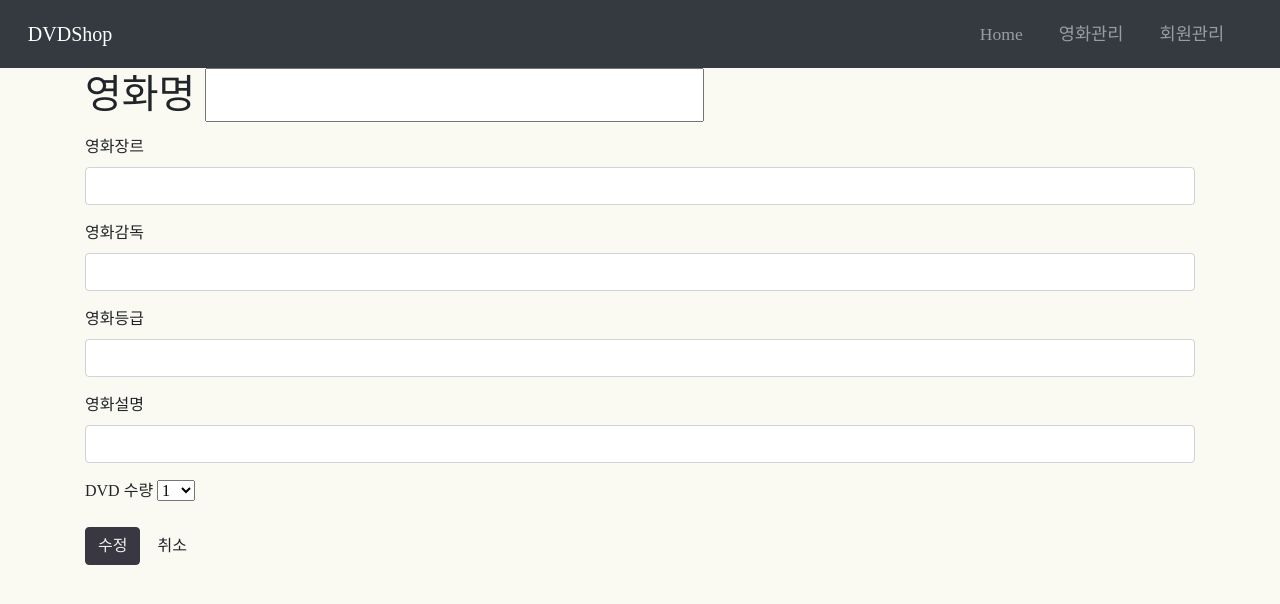
Repository: afterup/dvdshop
Page: http://localhost/shop_project/view/manager/admin_insert.jsp
These files come from the project's save history. The page is drawn as it stood at one moment and after the next save; the edit follows.
The browser window is 1280 px wide. The pictures show the whole page.
The page is served by Tomcat 9. Other server files are loaded and not shown.

Above is the page before, as saved 2019-08-14 10:36:41.

### shop_project/WebContent/view/manager/admin_insert.jsp
<%@ page language="java" contentType="text/html; charset=UTF-8"
	pageEncoding="UTF-8"%>
<%@taglib uri="http://java.sun.com/jsp/jstl/core" prefix="c"%>
<!DOCTYPE html>
<html>

<head>
<meta charset="UTF-8">
<meta name="viewport" content="width=device-width, initial-scale=1.0">
<meta http-equiv="X-UA-Compatible" content="ie=edge">
<title>Document</title>
<link rel="stylesheet"
	href="https://stackpath.bootstrapcdn.com/bootstrap/4.3.1/css/bootstrap.min.css"
	integrity="sha384-ggOyR0iXCbMQv3Xipma34MD+dH/1fQ784/j6cY/iJTQUOhcWr7x9JvoRxT2MZw1T"
	crossorigin="anonymous">
<link rel="stylesheet" href="./css/style.css">
<link rel="stylesheet"
	href="https://maxcdn.bootstrapcdn.com/font-awesome/4.7.0/css/font-awesome.min.css">
</head>

<body id="adminPage">

	<!-- Navigation -->
	<%@ include file="/view/manager/adminHeader.jsp" %>

	<!--  UPDATE -->
	<div class="container">

		<form action="admin?action=insertAction" method="POST" name="frm">
			<h1>
				<label for="movienm">영화명</label>
					<input type="text" name="movienm"">

			</h1>
			<div class="form-group">
				<label for="genrenm">영화장르</label> <input type="text"
					 class="form-control" name="genrenm">
			</div>
			<div class="form-group">
				<label for="supervison">영화감독</label> <input type="text"
					 class="form-control" name="supervison">
			</div>
			<div class="form-group">
				<label for="watchgradenm">영화등급</label> <input type="text"
					class="form-control"
					name="watchgradenm">
			</div>
			<div class="form-group">
				<label for="moviedesc">영화설명</label> <input type="text"
					class="form-control" name="moviedesc">
			</div>
			<div class="form-group">
				<label for="dvdamount">DVD 수량</label> <select name="dvdamount">
					<c:forEach begin="1" end="20" var="i">
						<option>${i}</option>
					</c:forEach>
				</select>
			</div>
			<button type="button" onclick="validateCheck()" class="btn btn-info">수정</button>
			<button type="button" onclick="history.back()" class="btn">취소</button>
		</form>
	</div>

	<script src="./js/movieCheck.js"></script>

	<script src="https://code.jquery.com/jquery-3.3.1.slim.min.js"
		integrity="sha384-q8i/X+965DzO0rT7abK41JStQIAqVgRVzpbzo5smXKp4YfRvH+8abtTE1Pi6jizo"
		crossorigin="anonymous">

	</script>
	<script
		src="https://cdnjs.cloudflare.com/ajax/libs/popper.js/1.14.7/umd/popper.min.js"
		integrity="sha384-UO2eT0CpHqdSJQ6hJty5KVphtPhzWj9WO1clHTMGa3JDZwrnQq4sF86dIHNDz0W1"
		crossorigin="anonymous">

	</script>
	<script
		src="https://stackpath.bootstrapcdn.com/bootstrap/4.3.1/js/bootstrap.min.js"
		integrity="sha384-JjSmVgyd0p3pXB1rRibZUAYoIIy6OrQ6VrjIEaFf/nJGzIxFDsf4x0xIM+B07jRM"
		crossorigin="anonymous">

	</script>
</body>


</html>

### shop_project/WebContent/view/manager/adminHeader.jsp
<%@ page language="java" contentType="text/html; charset=UTF-8"
    pageEncoding="UTF-8"%>
<!DOCTYPE html>
<html>
<head>
<meta charset="UTF-8">
<title>Insert title here</title>
</head>
<body>
	<nav class="navbar navbar-expand-md navbar-dark bg-dark sticky-top">
		<div class="container-fluid">
			<a href="movie" class="navbar-brand">DVDShop</a>
			<button class="navbar-toggler" type="button" data-toggle="collapse"
				data-target="#navbarResponsive">
				<span class="navbar-toggler-icon"></span>
			</button>
			<div class="collapse navbar-collapse" id="navbarResponsive">
				<ul class="navbar-nav ml-auto">
					<li class="nav-item"><a class="nav-link" href="movie">Home</a></li>
					<li class="nav-item"><a class="nav-link" href="admin">영화관리</a></li>
					<li class="nav-item"><a class="nav-link"
						href="admin?action=user">회원관리</a></li>
				</ul>
			</div>
		</div>
	</nav>


</body>
</html>

### shop_project/WebContent/css/style.css
html,
body {
    height: 100%;
    width: 100%;
    font-family: "sans-serif";
}

img {
    width: 100%;
}

#adminPage {
    background-color: rgb(250, 249, 242);
}

.navbar {
    padding: .8rem;
}

.navbar-nav li {
    padding-right: 20px;
}

.nav-link {
    font-size: 1.1em !important;
}

.carousel-inner img {
    width: 100%;
    height: 100%;
}

.btn-info {
    background-color: rgb(57, 55, 66);
    color: rgb(240, 240, 240);
    border-color: rgb(57, 55, 66);
}

.jumbotron {
    padding: 1rem;
}

.padding {
    padding-bottom: 2rem;
}

footer {
    background-color: #3f3f3f;
    color: #d5d5d5;
    padding: 2rem;
}

hr.light {
    border-top: 1px solid #d5d5d5;
    width: 75%;
}

### shop_project/WebContent/js/movieCheck.js

function validateCheck(){
    	 var f = document.frm;//f== 폼 엘리먼트 객체

    	if(f.movienm.value==""){
        		alert('아이디를 입력해주세요.');
        		f.movienm.focus();
        		return;

    	}else if(f.genrenm.value==""){
    		alert('장르를 입력해주세요.');
    		f.genrenm.focus();
    		return;

    	}else if(f.supervison.value==""){
    		alert('감독명을 입력해주세요.');
    		f.supervison.focus();
    		return;

		}else if(f.watchgradenm.value == ""){
			alert('등급을 입력해주세요.');
			f.watchgradenm.focus();
			return;
		}else if(f.moviedesc.value == ""){
			alert('설명을 입력해주세요.');
			f.moviedesc.focus();
			return;
    	}else{
    		alert('수정 완료');
    		f.submit();
    	}
      }//validateCheck()

After the next save:
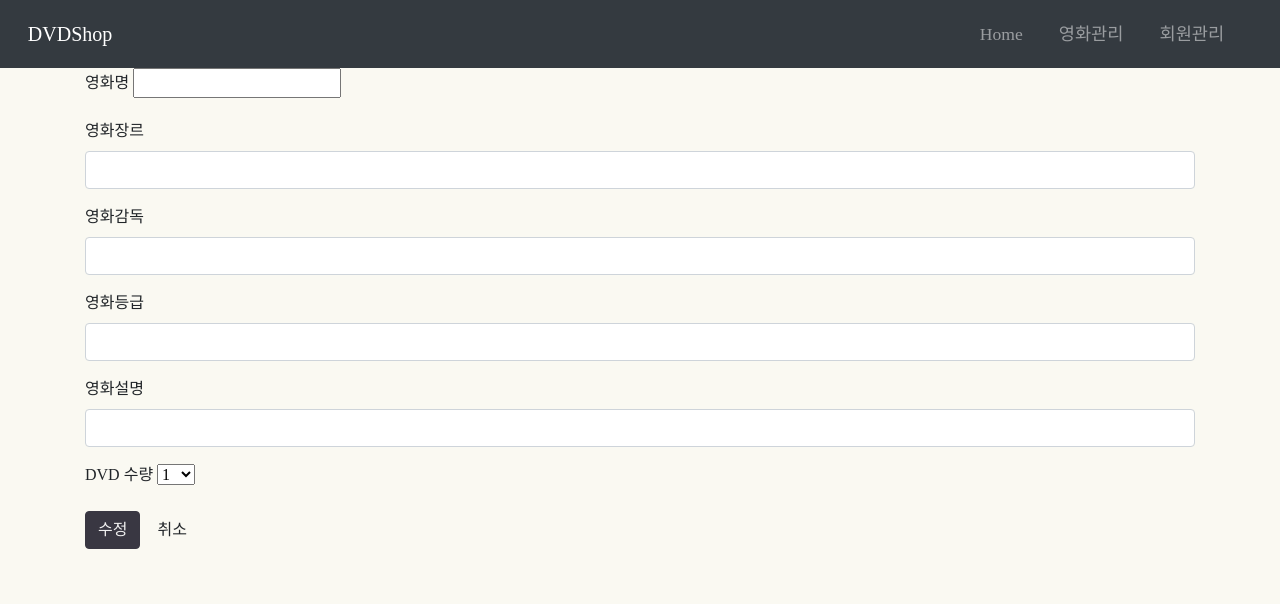
Saved 21 s later.
--- a/shop_project/WebContent/view/manager/admin_insert.jsp
+++ b/shop_project/WebContent/view/manager/admin_insert.jsp
@@ -27,11 +27,10 @@
 	<div class="container">
 
 		<form action="admin?action=insertAction" method="POST" name="frm">
-			<h1>
+			<div class="form-group">
 				<label for="movienm">영화명</label>
 					<input type="text" name="movienm"">
-
-			</h1>
+			</div>
 			<div class="form-group">
 				<label for="genrenm">영화장르</label> <input type="text"
 					 class="form-control" name="genrenm">
